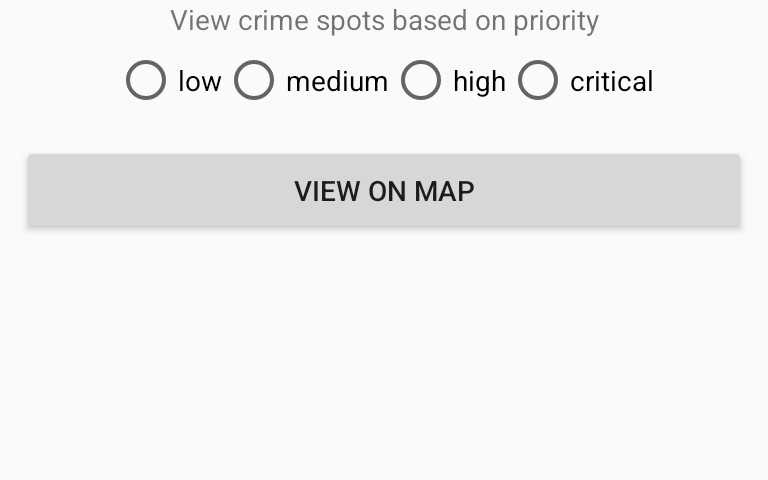
Repository: Pseudos/crowd-tidbits
Layout: crowd-tidbits/res/layout/receive.xml
These files come from the project's save history. The layout is drawn as it stood at one moment and after the next save; the edit follows.
The pictures show rows 800 to 1280 of an output 1280 px tall.
It is drawn on a 768 x 1280 px phone screen (xhdpi) without system bars, with theme AppTheme; the app's code is not run.

Above is the layout before, as saved 2015-09-29 17:21:39.

### crowd-tidbits/res/layout/receive.xml
<?xml version="1.0" encoding="utf-8"?>
<LinearLayout xmlns:android="http://schemas.android.com/apk/res/android"
    android:layout_width="match_parent"
    android:layout_height="match_parent"
    android:orientation="vertical" >
    <ScrollView
        android:layout_width="fill_parent"
        android:layout_height="wrap_content"
        >
		    <LinearLayout
		        android:layout_width="fill_parent"
		        android:layout_height="wrap_content"
		        android:orientation="vertical"
		        >

		       <fragment
		        android:id="@+id/fragId"
		        android:name="com.google.android.gms.maps.MapFragment"
		        android:layout_width="match_parent"
		        android:layout_height="400dp"
		        />
		       <TextView
		           android:layout_width="fill_parent"
		           android:layout_height="wrap_content"
		           android:text="View crime spots based on priority"
		           android:gravity="center"
		           />

		       <RadioGroup android:orientation="horizontal"
		         android:layout_width="fill_parent"
		         android:layout_height="wrap_content"
		         android:gravity="center"
		         android:layout_margin="5dp">

		         <RadioButton
		             android:id="@+id/rec_low"
		             android:layout_width="wrap_content"
		             android:layout_height="wrap_content"
		             android:text="low"/>

		         <RadioButton
		             android:id="@+id/rec_medium"
		             android:layout_width="wrap_content"
		             android:layout_height="wrap_content"
		             android:text="medium"/>

		         <RadioButton
		             android:id="@+id/rec_high"
		             android:layout_width="wrap_content"
		             android:layout_height="wrap_content"
		             android:text="high"/>

		         <RadioButton
		             android:id="@+id/rec_critical"
		             android:layout_width="wrap_content"
		             android:layout_height="wrap_content"
		             android:text="critical"/>

		     </RadioGroup>

		     <Button
		        android:id="@+id/rec_view"
		        android:layout_width="fill_parent"
		        android:layout_height="wrap_content"
		        android:layout_margin="10dp"
		        android:paddingLeft="20dp"
		        android:paddingRight="20dp"
		        android:text="View on map"
		      />

		    </LinearLayout>
    </ScrollView>


</LinearLayout>

Loaded but not shown: crowd-tidbits/res/values/styles.xml (common file); crowd-tidbits/res/values-v11/styles.xml (common file); crowd-tidbits/res/values-v14/styles.xml (common file)

After the next save:
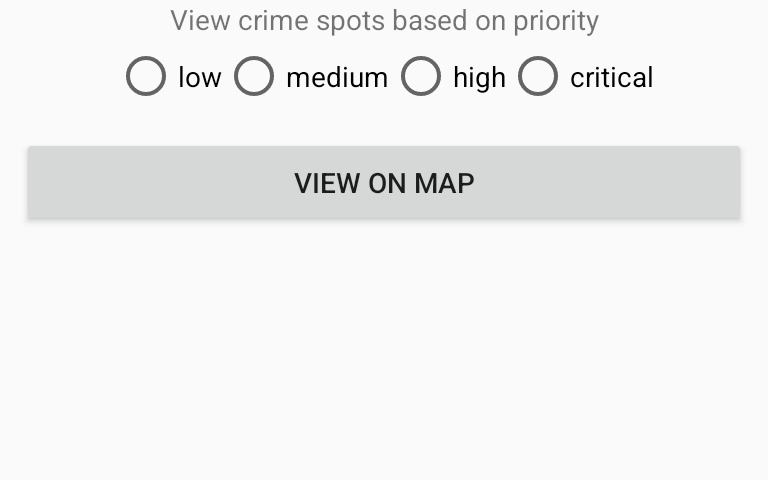
Saved 2 min 2 s later.
--- a/crowd-tidbits/res/layout/receive.xml
+++ b/crowd-tidbits/res/layout/receive.xml
@@ -30,7 +30,7 @@
 		         android:layout_width="fill_parent"
 		         android:layout_height="wrap_content"
 		         android:gravity="center"
-		         android:layout_margin="5dp">
+		         android:layout_margin="3dp">
 
 		         <RadioButton
 		             android:id="@+id/rec_low"
